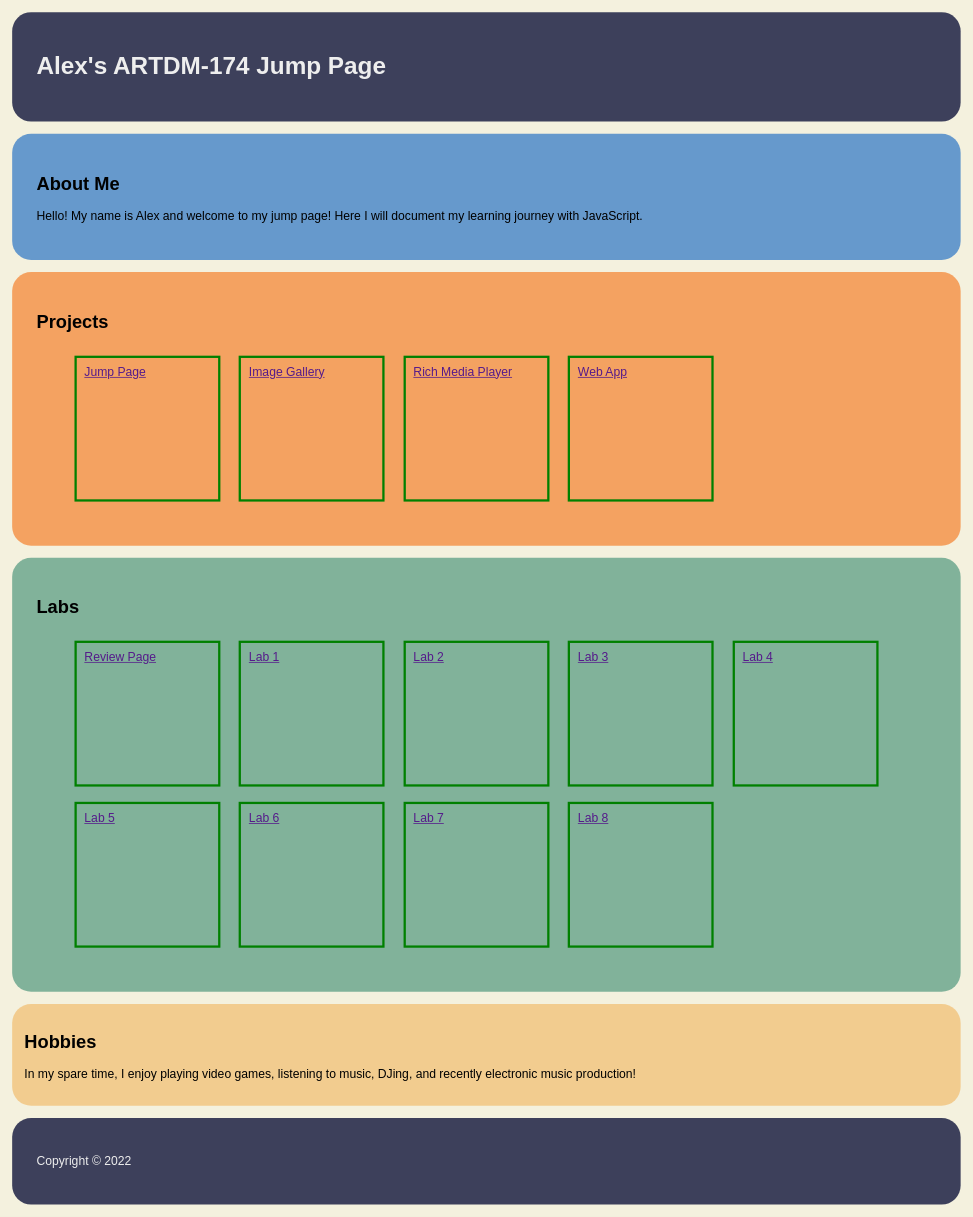
Repository: alexmaddux99/ARTDM-174
Page: CSS Animation/index.html
The author's editor kept a copy of each file at every save. The page is drawn from the files as they stood at one save, then again after the next save.
The browser window is 1280 px wide. The pictures show the whole page, at 76% of full size.
Some web fonts or font styles are not loaded; a fallback is used.

Above is the page before, as saved 2022-02-10 13:23:25.

After the next save:
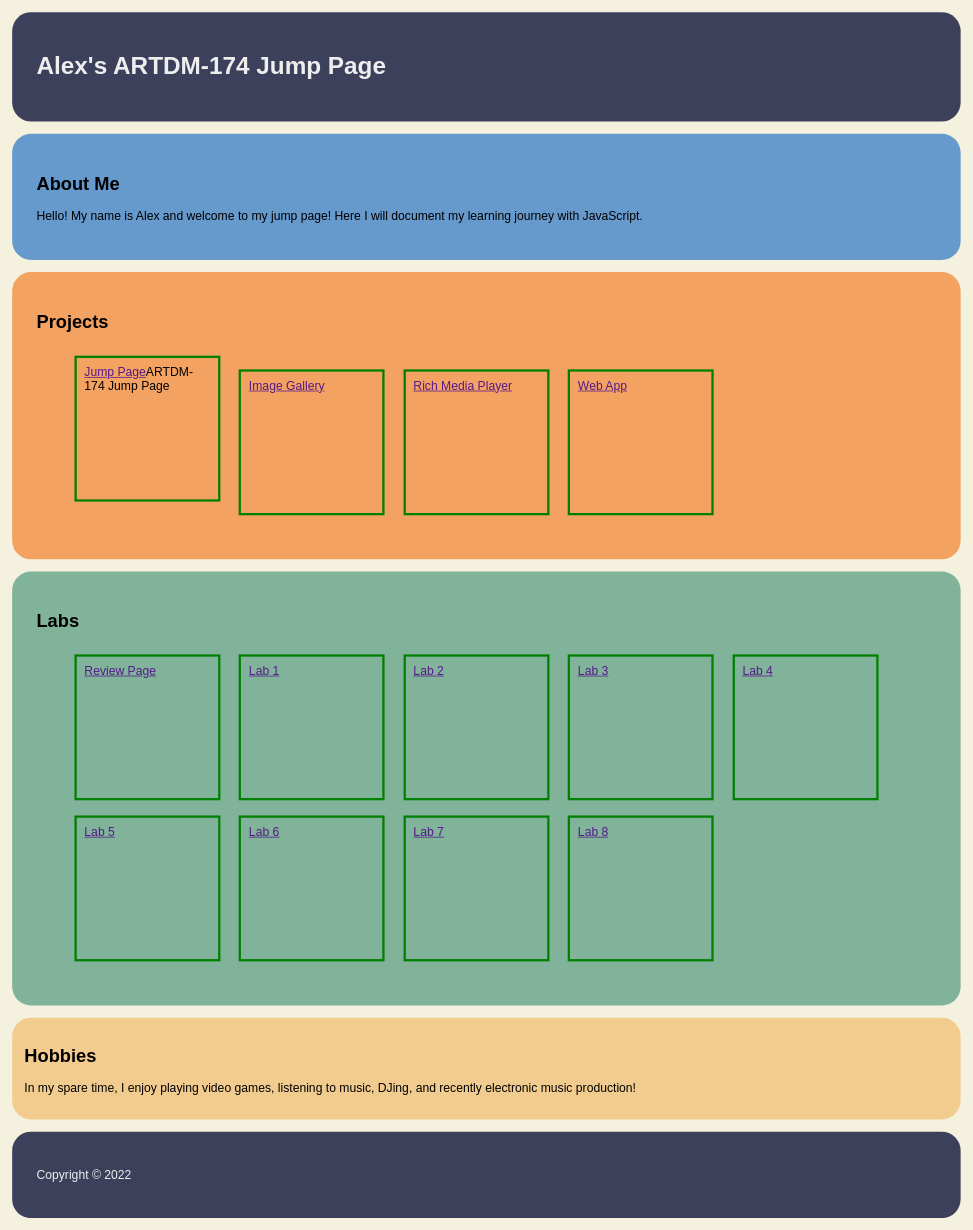
Saved 66 s later.
--- a/CSS Animation/index.html
+++ b/CSS Animation/index.html
@@ -26,7 +26,7 @@
         <section class="projects">
             <h2>Projects</h2>
             <ul>
-                <li><a href="">Jump Page</a></li>
+                <li><a href="">Jump Page</a>ARTDM-174 Jump Page </li>
                 <li><a href="">Image Gallery</a></li>
                 <li><a href="">Rich Media Player</a></li>
                 <li><a href="">Web App</a></li>
